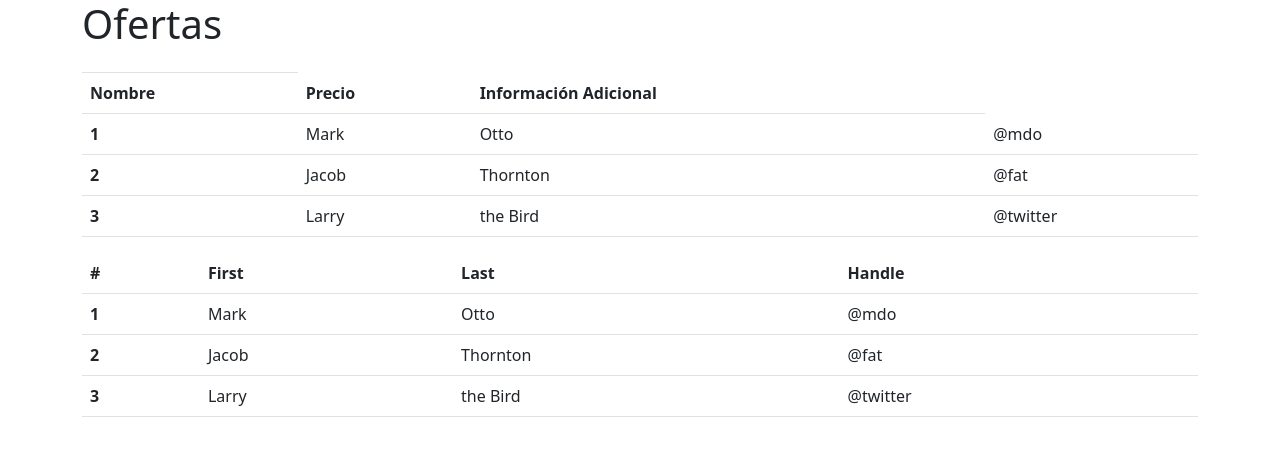
Repository: M4rced/DOO
Page: http://localhost/ofertas
These files come from the project's save history. The page is drawn as it stood at one moment and after the next save; the edit follows.
The browser window is 1280 px wide. The pictures show the whole page.
The page is this project's Thymeleaf template; nobody is signed in. The template is opened directly, without the code that normally fills it, so the values that code supplies are empty.

Above is the page before, as saved 2022-11-14 21:43:13.

### OfertarMinitoria/src/main/resources/templates/ofertas.html
<!DOCTYPE html>
<html xmlns:th="http://www.thymeleaf.org">
<head>
<meta charset="UTF-8">
<title>Ver ofertas</title>
<!-- CSS only -->
<link href="https://cdn.jsdelivr.net/npm/bootstrap@5.2.2/dist/css/bootstrap.min.css" rel="stylesheet" integrity="sha384-Zenh87qX5JnK2Jl0vWa8Ck2rdkQ2Bzep5IDxbcnCeuOxjzrPF/et3URy9Bv1WTRi" crossorigin="anonymous">
</head>
<body>
	<div class="container">
		<div class="row">
			<h1>Ofertas</h1>
		</div>
		<table class="table">
			<thead class="thead-dark">
				<th>
				<tr>
					<th scope="col">Nombre</th>
					<th scope="col">Precio</th>
					<th scope="col">Información Adicional</th>
				</tr>
			</thead>
			<tbody>
				<tr>
					<th scope="row">1</th>
					<td>Mark</td>
					<td>Otto</td>
					<td>@mdo</td>
				</tr>
				<tr>
					<th scope="row">2</th>
					<td>Jacob</td>
					<td>Thornton</td>
					<td>@fat</td>
				</tr>
				<tr>
					<th scope="row">3</th>
					<td>Larry</td>
					<td>the Bird</td>
					<td>@twitter</td>
				</tr>
			</tbody>
		</table>

		<table class="table">
			<thead class="thead-light">
				<tr>
					<th scope="col">#</th>
					<th scope="col">First</th>
					<th scope="col">Last</th>
					<th scope="col">Handle</th>
				</tr>
			</thead>
			<tbody>
				<tr>
					<th scope="row">1</th>
					<td>Mark</td>
					<td>Otto</td>
					<td>@mdo</td>
				</tr>
				<tr>
					<th scope="row">2</th>
					<td>Jacob</td>
					<td>Thornton</td>
					<td>@fat</td>
				</tr>
				<tr>
					<th scope="row">3</th>
					<td>Larry</td>
					<td>the Bird</td>
					<td>@twitter</td>
				</tr>
			</tbody>
		</table>
	</div>
</body>
</html>

After the next save:
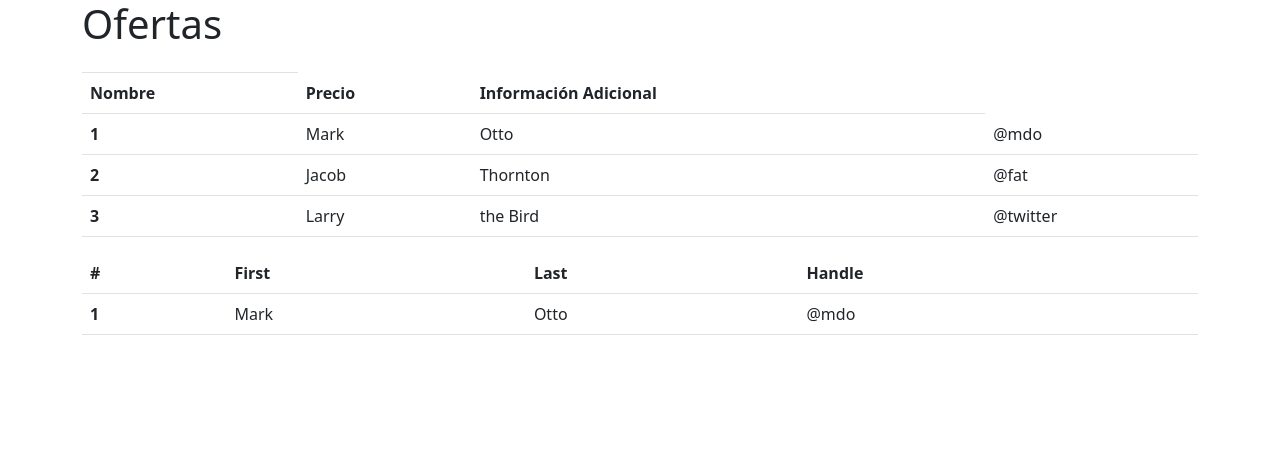
Saved 13 min 1 s later.
--- a/OfertarMinitoria/src/main/resources/templates/ofertas.html
+++ b/OfertarMinitoria/src/main/resources/templates/ofertas.html
@@ -58,17 +58,6 @@
 					<td>Otto</td>
 					<td>@mdo</td>
 				</tr>
-				<tr>
-					<th scope="row">2</th>
-					<td>Jacob</td>
-					<td>Thornton</td>
-					<td>@fat</td>
-				</tr>
-				<tr>
-					<th scope="row">3</th>
-					<td>Larry</td>
-					<td>the Bird</td>
-					<td>@twitter</td>
 				</tr>
 			</tbody>
 		</table>
